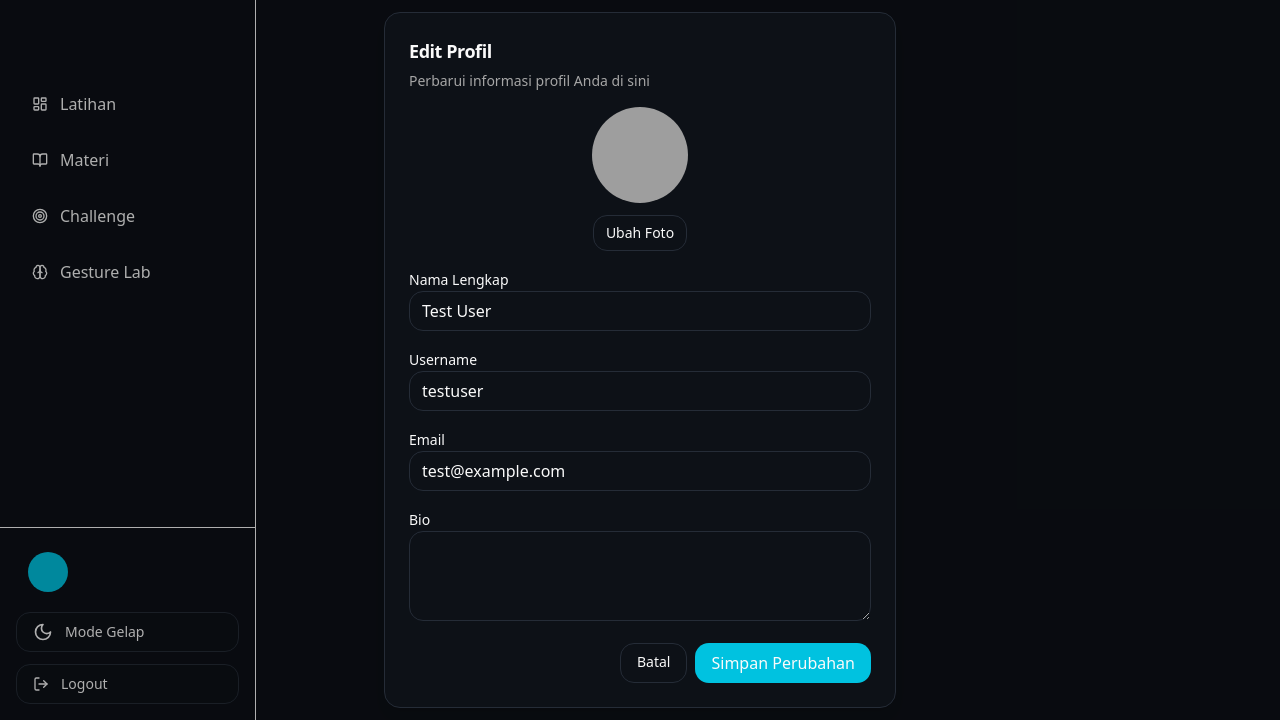
Repository: Tisna7/GESTURA
Page: http://localhost/profile/edit
The author's editor kept a copy of each file at every save. The page is drawn from the files as they stood at one save, then again after the next save.
The browser window is 1280 px wide. The pictures show the whole page.
Pictures or frames that could not be fetched are drawn as grey boxes. The page is served by the project's Laravel application, run on PHP 8.4 with Laravel 12. A made-up administrator, Test User (test@example.com), is signed in. Style sheets and scripts are compiled from the project's sources, by tool versions that may differ from the author's.

Above is the page before, as saved 2025-11-23 16:00:17.

After the next save:
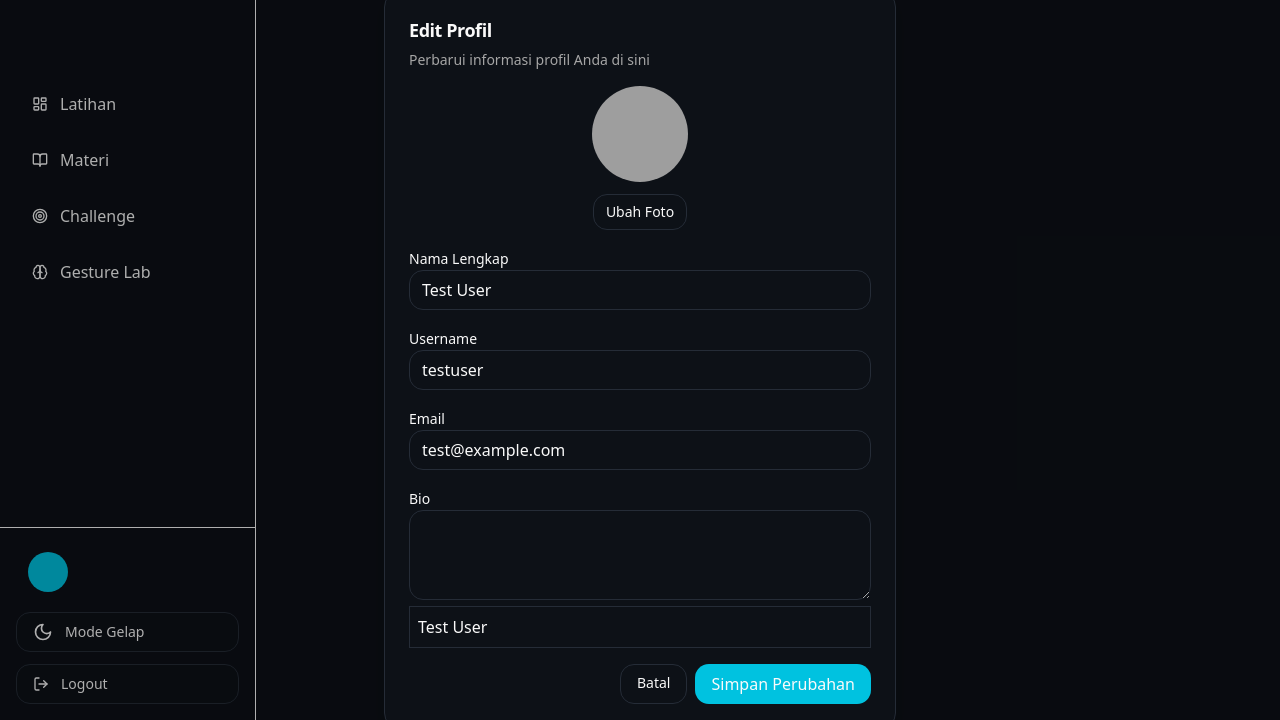
Saved 103 s later.
--- a/resources/views/user/profile-edit.blade.php
+++ b/resources/views/user/profile-edit.blade.php
@@ -68,22 +68,30 @@
                 </div>
 
                 {{-- BUTTONS --}}
-                <div class="flex justify-end gap-2 pt-4">
-
-                    {{-- Tombol Batal: Kembali tanpa simpan --}}
-                    <a href="/profile" class="border rounded-md px-4 py-2 text-sm hover:bg-accent">
-                        Batal
-                    </a>
-
-                    {{-- Tombol Simpan: Submit form --}}
-                    <form action="{{ route('profile.update') }}" method="POST">
+                <form action="{{ route('profile.update') }}" method="POST">
     @csrf
     @method('PUT')
-                    <button type="submit" class="bg-primary text-white rounded-md px-4 py-2 hover:bg-primary/90">
-                        Simpan Perubahan
-                    </button>
 
-                </div>
+    {{-- Semua input di sini --}}
+    <div class="space-y-4">
+        {{-- contoh --}}
+        <input type="text" name="name" value="{{ $user->name }}" class="border p-2 w-full">
+        {{-- input lain --}}
+    </div>
+
+    {{-- Tombol --}}
+    <div class="flex justify-end gap-2 pt-4">
+        <a href="/profile" class="border rounded-md px-4 py-2 text-sm hover:bg-accent">
+            Batal
+        </a>
+
+        <button type="submit" class="bg-primary text-white rounded-md px-4 py-2 hover:bg-primary/90">
+            Simpan Perubahan
+        </button>
+    </div>
+
+</form>
+
 
 
             </form>
